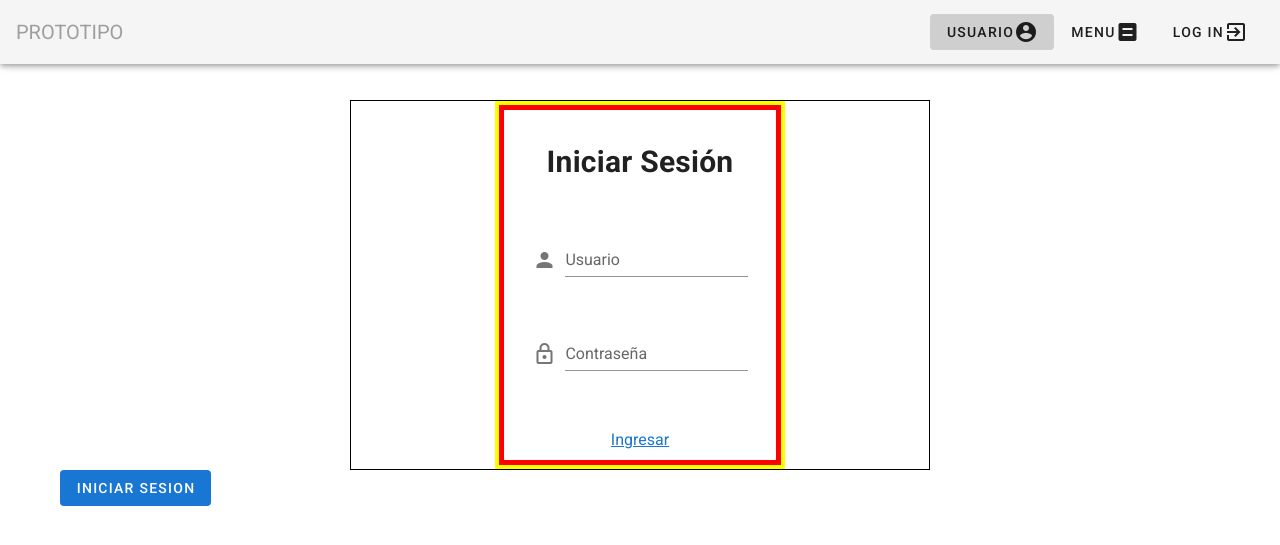
Repository: YojayDeHorta/Administrador-con-filtros
Page: /
The author's editor kept a copy of each file at every save. The page is drawn from the files as they stood at one save, then again after the next save.
The browser window is 1280 px wide. The pictures show the whole page.
The project was rebuilt for these pictures with package versions that can differ from the ones it lists, and the page was loaded fresh each time. Also part of the build but not shown: vue.config.js, src/components/Login.vue, src/views/Options.vue, src/components/Filtro.vue, src/components/CrudClientes.vue, src/views/Filter.vue.

Above is the page before, as saved 2021-09-25 16:58:38.

After the next save:
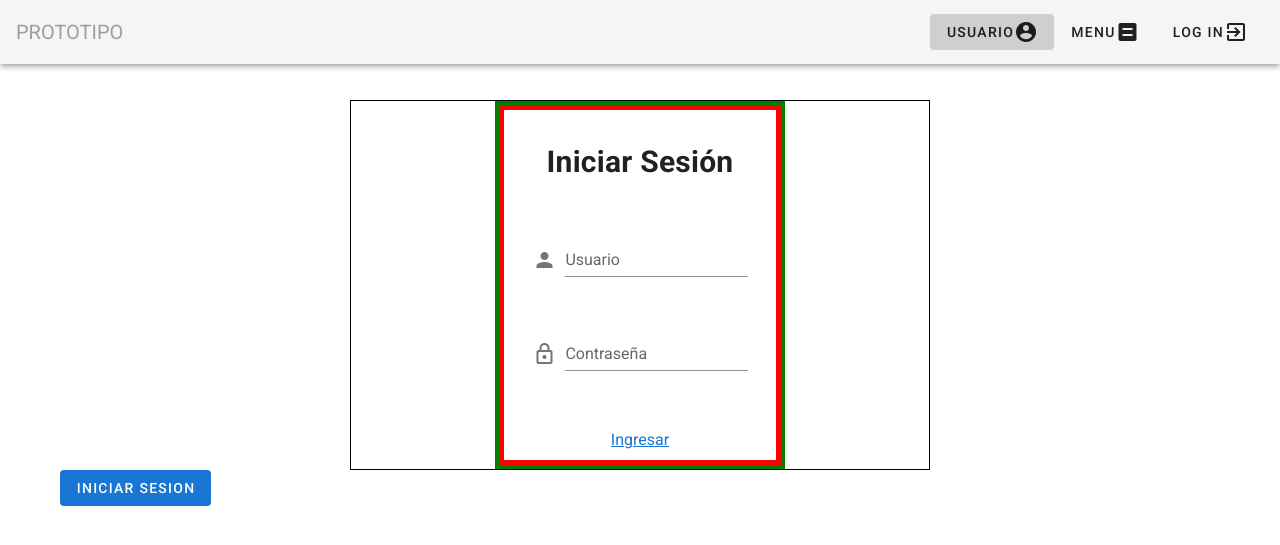
Saved 11 s later.
--- a/src/components/Tabs_Login.vue
+++ b/src/components/Tabs_Login.vue
@@ -70,7 +70,7 @@
 
     .Marco-Login {
         width: 50%;
-        border: 4px solid yellow;
+        border: 4px solid green;
         margin: auto;
     }
 
